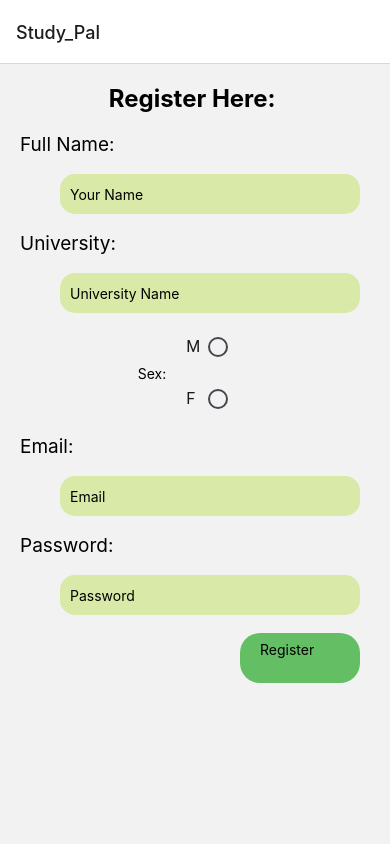
Repository: abdurehmanali611/Study-Pal
Screen: /
The author's editor kept a copy of each file at every save. The screen is drawn from the files as they stood at one save, then again after the next save.
The app was drawn by React Native's web renderer in a window 390 px wide. The project was rebuilt for these pictures with package versions that can differ from the ones it lists, and the page was loaded fresh each time. Also part of the build but not shown: Front_Pages/Home.js, Screens/Softwareeng.js, Screens/Computersci.js, Screens/Informationsci.js, Screens/Informationtech.js, Screens/Softwarecards.js, Screens/Computercards.js, Screens/Sciencecards.js and 4 more.

Above is the screen before, as saved 2024-01-23 22:25:23.

### App.js
import { createStackNavigator } from "@react-navigation/stack";
import { NavigationContainer } from "@react-navigation/native";
import Sign_Up from "./Front_Pages/Sign_Up";
import Home from "./Front_Pages/Home";
import Softwareeng from "./Screens/Softwareeng";
import Computersci from "./Screens/Computersci";
import Informationsci from "./Screens/Informationsci";
import Informationtech from "./Screens/Informationtech";
import Softwarecards from "./Screens/Softwarecards";
import Computercards from "./Screens/Computercards";
import Sciencecards from "./Screens/Sciencecards";
import Technologycards from "./Screens/Technologycards";
import About_Us from "./Profile_pages/About_Us";
import Contacts from "./Profile_pages/Contacts";
import Setting from "./Profile_pages/Setting";

const stack = createStackNavigator();

const App = () => {

  return  <NavigationContainer>
       <stack.Navigator initialRouteName="Sign">
       <stack.Screen name="Sign" component={Sign_Up} options={{title: 'Study_Pal'}} />
       <stack.Screen name ="Home" component={Home} options={{title: 'Study_Pal'}}/>
       <stack.Screen name="software" component={Softwareeng} options={{title: 'Study_Pal'}}/>
       <stack.Screen name="softwarecard" component={Softwarecards} options={{title: 'Study_Pal'}}/>
       <stack.Screen name="computer" component={Computersci} options={{title: 'Study_Pal'}}/>
       <stack.Screen name="computercard" component={Computercards} options={{title: 'Study_Pal'}}/>
       <stack.Screen name="information" component={Informationsci} options={{title: 'Study_Pal'}}/>
       <stack.Screen name="informationcard" component={Sciencecards} options={{title: 'Study_Pal'}}/>
       <stack.Screen name="technology" component={Informationtech} options={{title: 'Study_Pal'}}/>
       <stack.Screen name="technologycard" component={Technologycards} options={{title: 'Study_Pal'}}/>
       <stack.Screen name="about" component={About_Us} options={{title: 'Study_Pal'}}/>
       <stack.Screen name="contact" component={Contacts} options={{title: 'Study_Pal'}}/>
       <stack.Screen name="setting" component={Setting} options={{title: 'Study_Pal'}}/>
       </stack.Navigator>
   </NavigationContainer>
}

export default App

### Front_Pages/Sign_Up.js
import { View, Text, TextInput, StyleSheet, ScrollView, TouchableOpacity, Alert } from 'react-native'
import React, { useState, useLayoutEffect } from 'react'
import {RadioButton} from 'react-native-paper'

const Sign_Up = ({navigation}) => {

   const [sex, setSex] = useState('')
   const [name, setName] = useState('')
   const [university, setUniversity] = useState('')
   const [email, setEmail] = useState('')
   const [password, setPassword] = useState('')

   const register = () => {

      if (name == '' || name.startsWith('_') ) {

        Alert.alert(
            'Invalid Input',
            'You have entered an invalid input',
            [
                {text: 'OK'}
        ]
        )
      }else {
           navigation.navigate('Home')
      }
   }

  return <ScrollView
      showsVerticalScrollIndicator = {false}
      style = {styles.overall}>
         <View style = {styles.title}>
            <Text style = {styles.texttitle}>Register Here: </Text>
         </View>
         <View>
            <Text style = {styles.objecttext}>Full Name: </Text>
            <TextInput
            value={name}
            onChangeText={(newname) => setName(newname)}
            style = {styles.textinput}
            placeholder='Your Name'
            textContentType='name'
            />
         </View>
         <View>
            <Text style = {styles.objecttext}>University: </Text>
            <TextInput
            value={university}
            onChangeText={(newuniversity) => setUniversity(newuniversity)}
            style = {styles.textinput}
            placeholder='University Name'
            textContentType='name'
            />
         </View>
         <View style = {{flexDirection: 'row', alignSelf: 'center'}}>
            <View style = {{justifyContent: 'center'}}>
               <Text>Sex: </Text>
            </View>
            <View>
          <RadioButton.Group
          value={sex}
          onValueChange={(yoursex) => setSex(yoursex)}
          >
             <RadioButton.Item
             label='M'
             value='male'
             color='green'
             />
             <RadioButton.Item
             label='F'
             value='female'
             color='red'
             />
          </RadioButton.Group>
          </View>
         </View>
         <View>
         <View>
            <Text style = {styles.objecttext}>Email: </Text>
            <TextInput
            value={email}
            onChangeText={(newemail) => setEmail(newemail)}
            style = {styles.textinput}
            placeholder='Email'
            textContentType='emailAddress'
            />
         </View>
         <View>
            <Text style = {styles.objecttext}>Password: </Text>
            <TextInput
            value={password}
            onChangeText={(newpassword) => setPassword(newpassword)}
            style = {styles.textinput}
            placeholder='Password'
            textContentType='password'
            />
         </View>
         </View>
         <View>
          <TouchableOpacity
          style = {styles.press}
          onPress={register}
          >
             <Text>
                Register
             </Text>
          </TouchableOpacity>
         </View>
        </ScrollView>

}

const randomRGB = () => {

   const red = Math.floor(Math.random() * 256)
   const green = Math.floor(Math.random() * 256)
   const blue = Math.floor(Math.random() * 256)

   return `rgb(${red},${green}, ${blue})`
}

const styles = StyleSheet.create ({

    overall : {
       marginVertical: 10,
       marginHorizontal: 20
    },
    title : {
        alignItems: 'center',
        marginVertical: 10
    },
    texttitle : {
        fontSize: 24,
        fontWeight: 'bold'
    },
    objecttext : {
        fontSize: 19,
        marginVertical: 10
    },
    textinput : {
        marginHorizontal: 40,
        borderRadius: 15,
        backgroundColor: randomRGB(),
        width: 300,
        height: 40,
        paddingLeft: 10,
        marginVertical: 8
    },
    press : {
      marginHorizontal: 220,
      borderRadius: 20,
      backgroundColor: `rgb(100,190,100)`,
      height: 50,
      width: 120,
      paddingLeft: 20,
      paddingTop: 8,
      marginVertical: 10
    }
})

export default Sign_Up

After the next save:
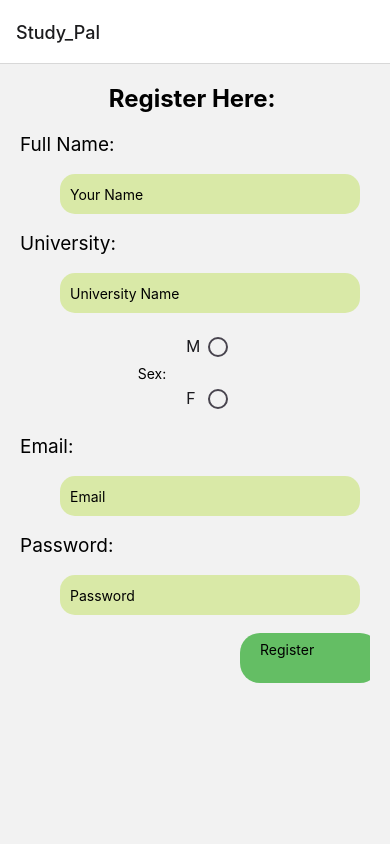
Saved 42 s later.
--- a/Front_Pages/Sign_Up.js
+++ b/Front_Pages/Sign_Up.js
@@ -151,7 +151,7 @@ const styles = StyleSheet.create ({
       borderRadius: 20,
       backgroundColor: `rgb(100,190,100)`,
       height: 50,
-      width: 120,
+      width: 140,
       paddingLeft: 20,
       paddingTop: 8,
       marginVertical: 10
